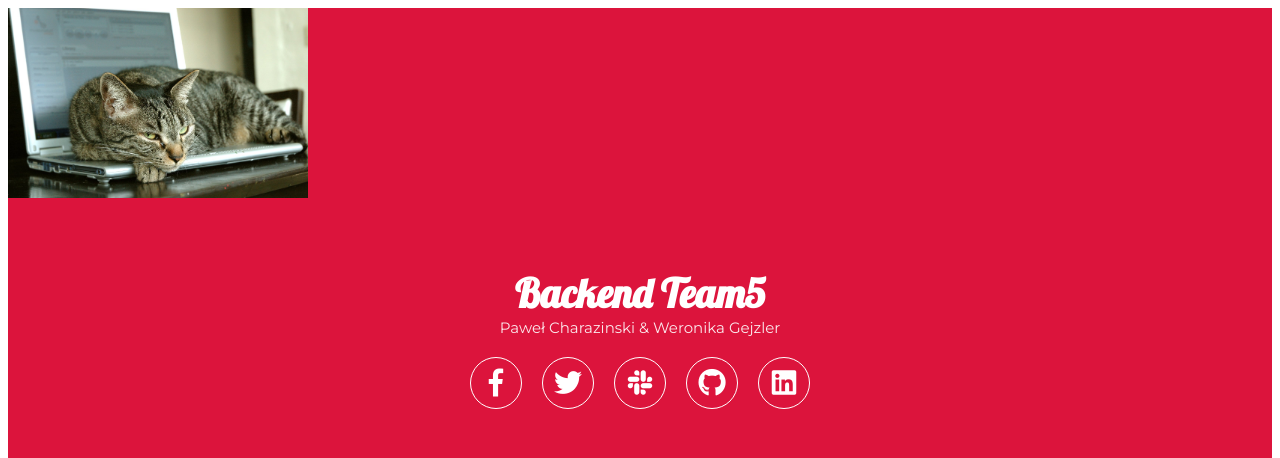
Repository: pietruszka/cc_proj1
Page: index.html
These files come from the project's save history. The page is drawn as it stood at one moment and after a run of saves; the edit follows.
The browser window is 1280 px wide. The pictures show the part of the page from y = 0 to 458 px (the page is 1111 px tall).
Pictures or frames that could not be fetched are drawn as grey boxes. Some web libraries are served in a nearby version.

Above is the page before, as saved 2018-11-18 19:34:40.

### index.html
<!DOCTYPE html>
<html lang="en">

<head>
    <meta charset="UTF-8">
    <meta name="viewport" content="width=device-width, initial-scale=1.0">
    <link rel="stylesheet" href="./style.css" />
    <link href="https://fonts.googleapis.com/css?family=Lobster" rel="stylesheet">
    <link href="https://use.fontawesome.com/releases/v5.0.8/css/all.css" rel="stylesheet">
    <link href="https://fonts.googleapis.com/css?family=Montserrat" rel="stylesheet">
    <link href="https://fonts.googleapis.com/css?family=Raleway" rel="stylesheet">
    <title>BackendTeam5</title>
</head>

<body>

    <div class="wrapper">
        <div id="top">
            <div id="photo"><img id="photo1" src="people.jpg" alt=""></div>
            <div id="heading">


               <h1 id="heading1">Backend Team5</h1>
               <h2 id="heading2">Paweł Charazinski &amp; Weronika Gejzler</h2>
               <div class="nav">

                <div class="nav-item">
                    <a href="#" class="fab fa-facebook-f"></a>
                </div>
                <div class="nav-item">
                    <a href="#" class="fab fa-twitter"></a>
                </div>

                <div class="nav-item">
                    <a href="#" class="fab fa-slack"></a>
                </div>
                <div class="nav-item">
                    <a href="#" class="fab fa-github"></a>
                </div>
                <div class="nav-item">
                    <a href="#" class="fab fa-linkedin"></a>
                </div>
            </div>


            </div>

        </div>

        <div id="bottom">
            <div id="about">
<h1 id="h_about">O <span style="color:crimson">nas</span></h1>
<p id="p_about">Witamy na naszej stronie-wizytówce! Jest to nasz pierwszy projekt w ramach warsztatów koła naukowego CodersCrew! Do jego stworzenia wykorzystaliśmy HTML oraz CSS z użyciem flexbox i grid. Mamy nadzieję, że Ci się podoba! Kolejne nasze projekty dotyczyć będą JavaScriptu i frameworka React. Zachęcamy do pozostania w kontakcie.</p>
<div id="button">Dowiedz się więcej!</div>


            </div>
            <div id="details">
<table>
    <tr>
        <td class="table"><b>City</b></td>
        <td class="table">Wrocław</td>
    </tr>
    <tr>
        <td class="table"><b>Technologies</b></td>
        <td class="table">HTML/CSS</td>
    </tr>
    <tr>
        <td class="table"><b>Training time</b></td>
        <td class="table">1 week</td>
    </tr>
    <tr>
        <td class="table"><b>What's next</b></td>
        <td class="table">JavaScript!</td>
    </tr>
    <tr>
        <td class="table"><b>Emails</b></td>
        <td class="table">weronika.gejzler@gmail.com
        </td>
    </tr>
    <tr><td class="table"></td><td class="table">pawel.charazinski@gmail.com
        </td></tr>

</table>
</div>
        </div>

    </div>
</div>
</body>

</html>

### style.css
.wrapper{
   font-size: 1.5em;
   width: 100%;
   height: 100vh;
  display: grid;
   grid-template-areas:
   "photo"
   "heading"
   "about"
   "details";
   grid-template-columns: 1fr;
   grid-template-rows: 450px 600px 250px 250px;

}
#top{
   display: flex;
   flex-direction: column;

    background-color: crimson;
    color: white;


}
#photo{
    justify-items: center;
    grid-area: photo;
}
#photo1{

   width: 300px;

}

#heading{

  padding: 5vw;
  grid-area: heading;
}

#heading1 {

    font-size: 40px;
    font-weight: 700;
        font-family: 'Lobster', cursive;
    text-align: center;
    margin:0;
   }
   #heading2 {

    font-size: 15px;
    font-weight: 100;
    font-family:  Montserrat;
    text-align: center;
    margin: 0%;
    opacity: 0.9;
    }

    a {
        color: white;
        text-decoration: none;

    }
    .nav {
        display: flex;
        justify-content: center;
        margin: 20px;

    }

    .nav-item {

        animation: show 0.5s ease-in-out forwards;

        transition: all 0.3s ease-in-out;
        border-radius: 100%;
        border: solid 1px white;

        width: 50px;
        height: 50px;
        margin: 0 10px;
        display: flex;
        align-items: center;
        justify-content: center;

    }

    .nav-item:hover {
        cursor: pointer;

        opacity: 0.5;

    }

    .nav-item a:hover {

        opacity: 0.5;

    }

    .nav-item a {
        font-size: 28px;

    }

#bottom{

    background: url(abstract/8020.jpg);


}
#about{
   margin: 5vw;
   grid-area: about;
}
#h_about{
   font-family:  Montserrat;
    font-style: Bold;
    font-size: 24px;
        text-align: Left;
        line-height: 29px;

}
#p_about{
   color: #666666;
   Font-Family: Raleway;
Font-Style: Regular;
Font-Size: 16px;
Line-Height: 24px;
text-Align: Left;
}
#button{
    border: 2px solid crimson;
    border-radius: 25px;
    background-color: white;
    color: crimson;

    padding: 15px 32px;
    text-align: center;
    text-decoration: none;
    display: inline-block;
    font-size: 14px;
    Font-Family: Raleway;
}



#details{
    margin: 5vw;
    color: #666666;
    Font-Family: Raleway;
 Font-Style: Regular;
 Font-Size: 16px;
 Line-Height: 29px;
 text-Align: Left;
 grid-area: details;
}
.table{
    padding: 1vw;
}

After the next 4 saves:
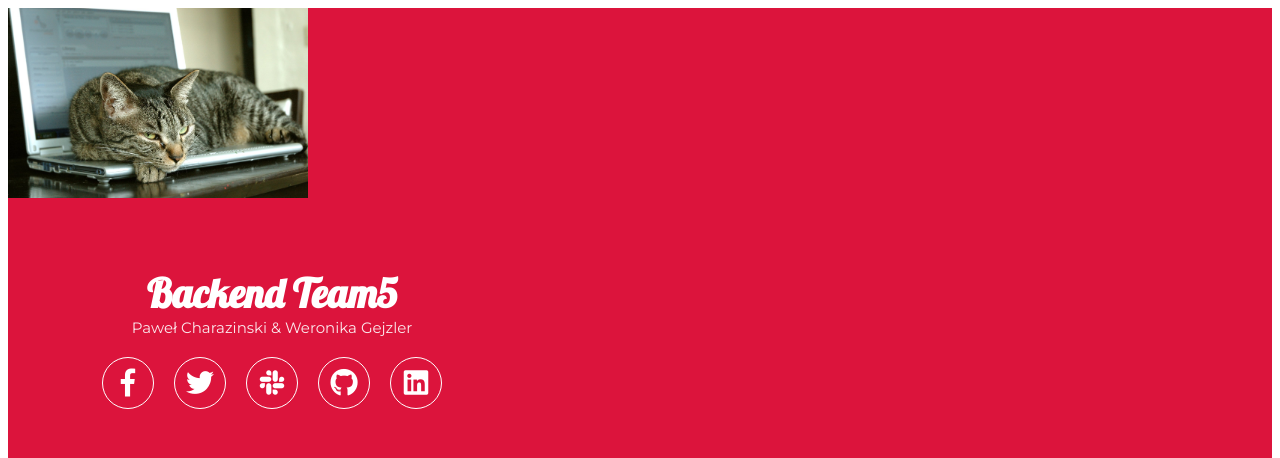
The 4 saves are shown as one change because they came seconds apart.
The last was saved 15 s later.
--- a/style.css
+++ b/style.css
@@ -15,14 +15,14 @@
 #top{
    display: flex;
    flex-direction: column;
-
+   align-items: baseline;
     background-color: crimson;
     color: white;
 
 
 }
 #photo{
-    justify-items: center;
+
     grid-area: photo;
 }
 #photo1{
